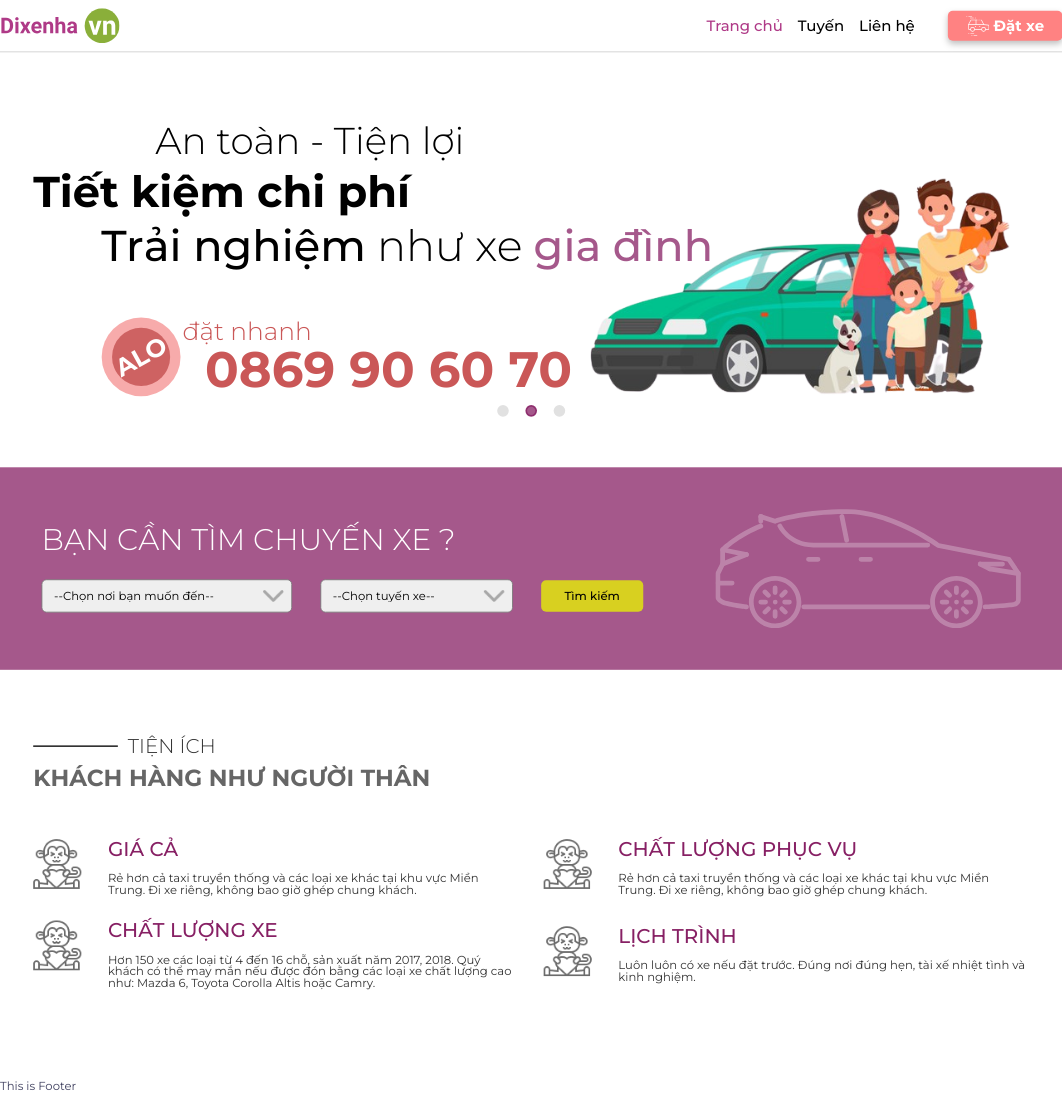
Repository: thanhthien0706/last_project--fe004
Page: lastProductF004/dist/index.html
An editor plug-in stored every save of this project. The page is shown before and after the next save, followed by the edit.
The browser window is 1280 px wide. The pictures show the whole page, at 83% of full size.
Some web libraries are served in a nearby version. The style sheet was rebuilt from its Sass, Less or Tailwind sources for each picture, by a compiler version that may differ from the author's.

Above is the page before, as saved 2021-09-16 21:54:59.

After the next save:
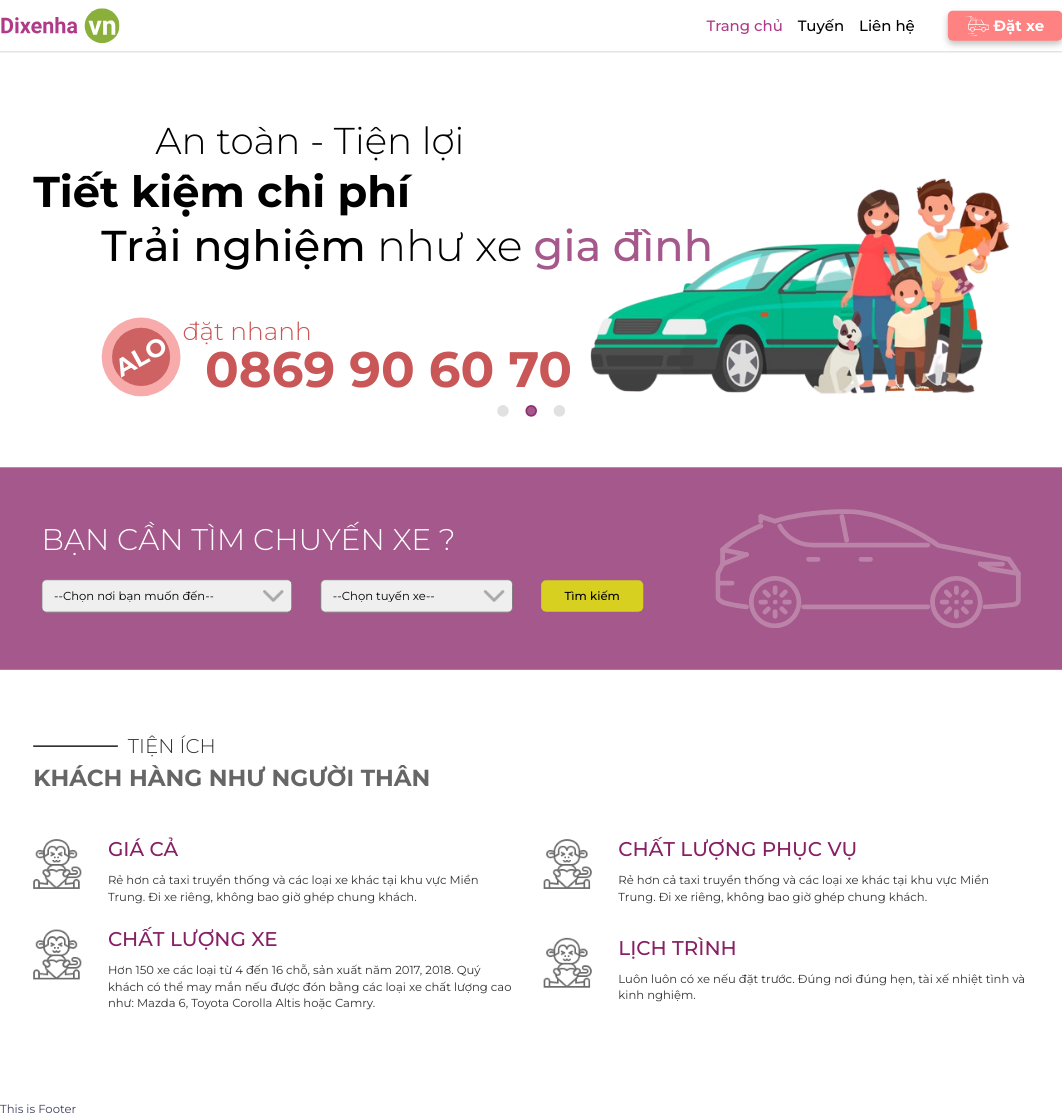
Saved 9 s later.
--- a/lastProductF004/src/styles/pages/_homepage.scss
+++ b/lastProductF004/src/styles/pages/_homepage.scss
@@ -291,7 +291,7 @@ html {
                         p{
                             @include font_size(14);
                             color: #333333;
-
+                            line-height:1.4;
                         }
                     }
                 }
